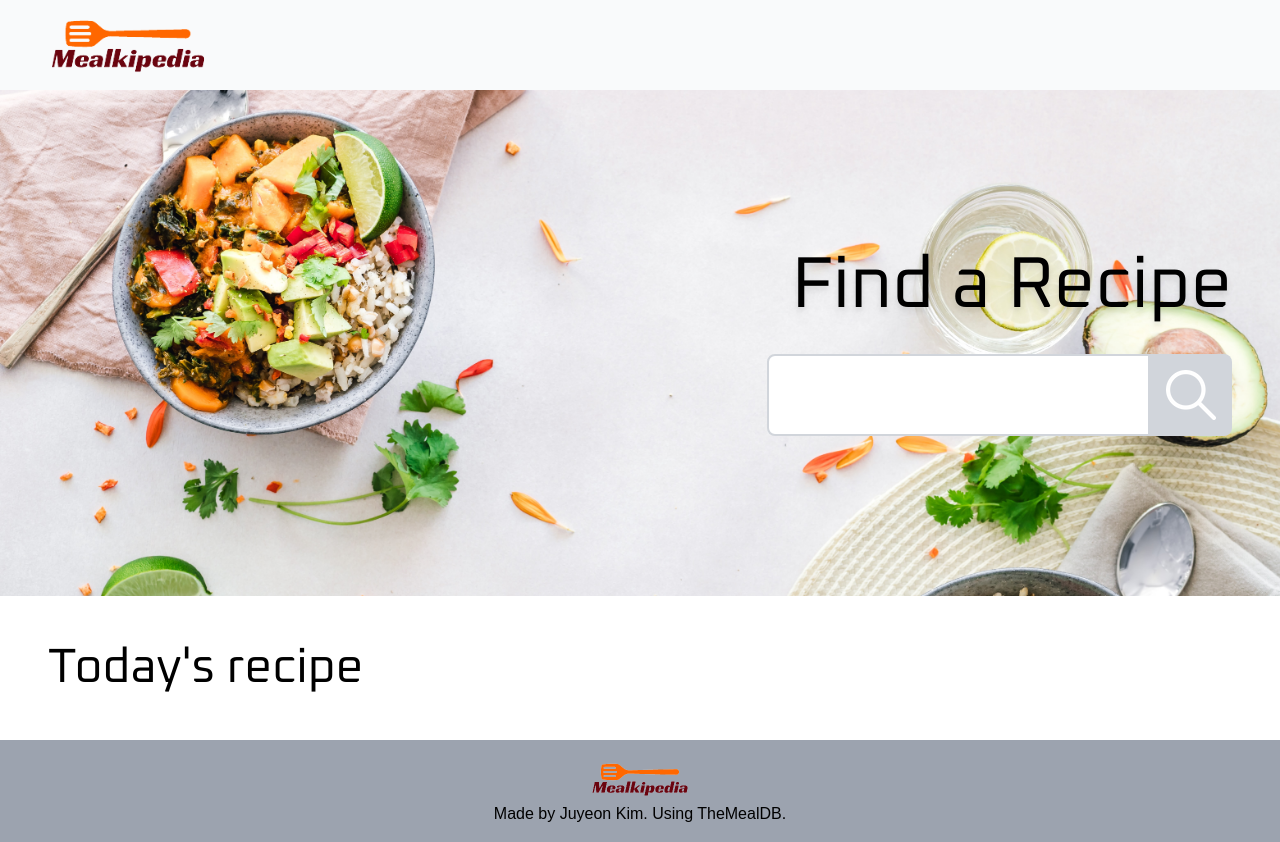
Repository: Jay-JYKim91/grj_mealkipedia
Page: /
An editor plug-in stored every save of this project. The page is shown before and after the next save, followed by the edit.
The browser window is 1280 px wide. The pictures show the whole page.
Some web fonts or font styles are not loaded; a fallback is used. The project was rebuilt for these pictures with package versions that can differ from the ones it lists, and the page was loaded fresh each time. Also part of the build but not shown: src/component/recipe.tsx. Imported but missing from the stored project, and not drawn on this page: src/component/search.

Above is the page before, as saved 2022-06-21 16:09:24.

After the next save:
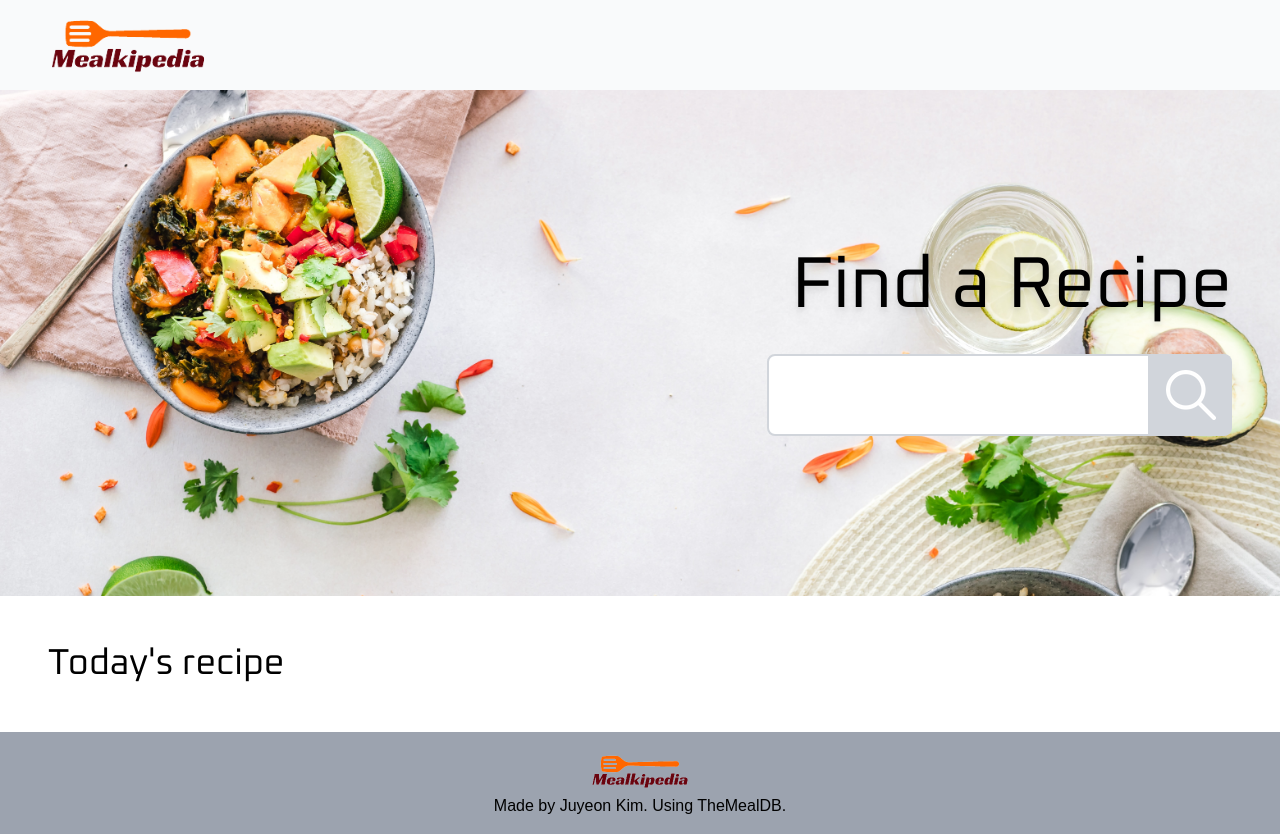
Saved 8 s later.
--- a/src/component/home.tsx
+++ b/src/component/home.tsx
@@ -19,7 +19,7 @@ const Home: React.FC = () => {
                 </div>
             </div>
             <div className="px-12 py-12">
-                <h1 className="font-body1_font text-5xl">Today's recipe</h1>
+                <h1 className="font-body1_font text-4xl">Today's recipe</h1>
             </div>
         </>
     )
